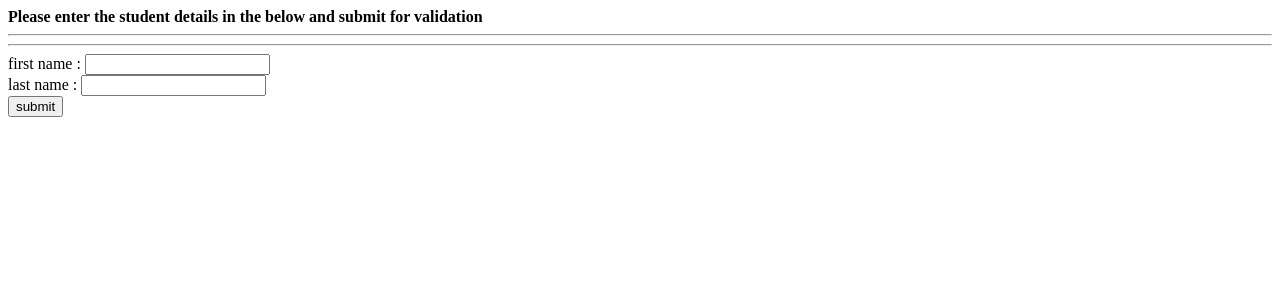
Repository: mdmyr/SpringFrameWorkout
Page: http://localhost/Spring-mvc-formTagSubmit/WEB-INF/view/showStudentForm.jsp
These files come from the project's save history. The page is drawn as it stood at one moment and after a run of saves; the edit follows.
The browser window is 1280 px wide. The pictures show the whole page.
The page is served by Tomcat 9. Nobody is signed in. Other server files are loaded and not shown. The template is opened directly, without the code that normally fills it, so the values that code supplies are empty.

Above is the page before, as saved 2020-12-07 16:33:30.

### Spring-mvc-formTagSubmit/WebContent/WEB-INF/view/showStudentForm.jsp
<%@ taglib prefix="form" uri="http://www.springframework.org/tags/form" %>
<!DOCTYPE html>
<html>
<head>
<meta charset="ISO-8859-1">
<title>Student form</title>
</head>
<body>
<b>Please enter the student details in the  below and submit for validation</b>
<hr>

<hr>

<form:form action="/studentValidate" modelAttribute="student">

first name : <form:input path="firstname"/>
<br>
last  name : <form:input path="lastname"/>
</form:form>

<input type="submit" value="submit">

</body>
</html>

After the next 2 saves:
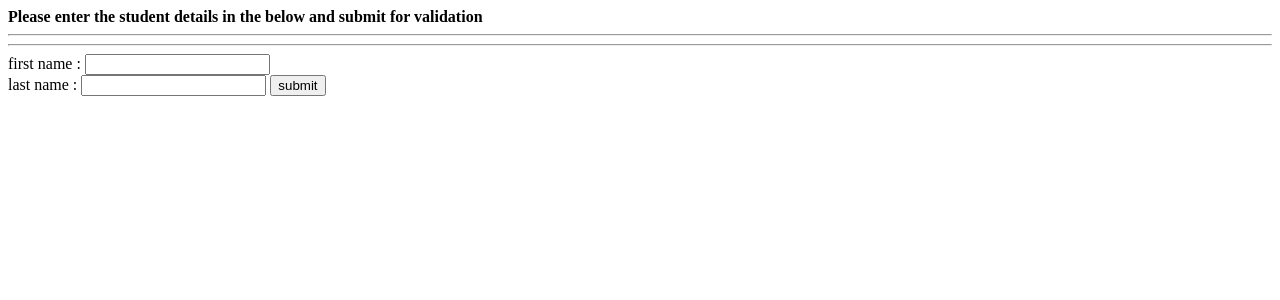
The 2 saves are shown as one change because they came seconds apart.
The last was saved 35 s later.
--- a/Spring-mvc-formTagSubmit/WebContent/WEB-INF/view/showStudentForm.jsp
+++ b/Spring-mvc-formTagSubmit/WebContent/WEB-INF/view/showStudentForm.jsp
@@ -11,14 +11,16 @@
 
 <hr>
 
-<form:form action="/studentValidate" modelAttribute="student">
+<form:form action="studentValidate" modelAttribute="student">
 
 first name : <form:input path="firstname"/>
 <br>
 last  name : <form:input path="lastname"/>
+
+<input type="submit" value="submit">
 </form:form>
 
-<input type="submit" value="submit">
+
 
 </body>
 </html>
